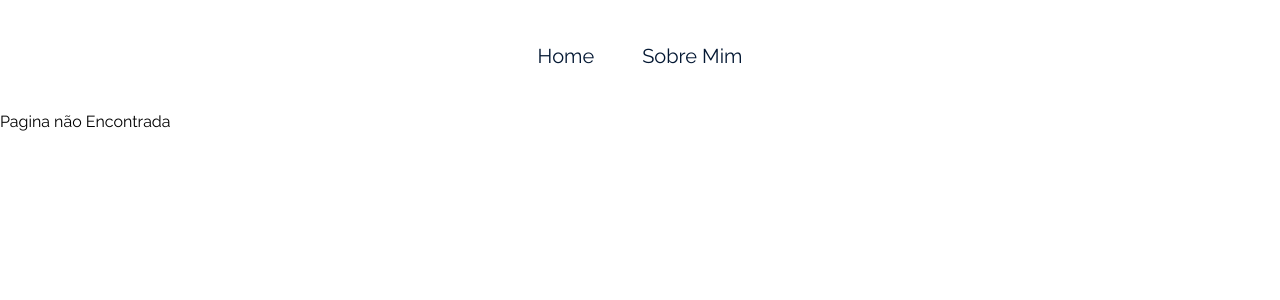
Repository: guilhermecardoso93/ola-mundo-alura
Page: /posts/undefined
These files come from the project's save history. The page is drawn as it stood at one moment and after the next save; the edit follows.
The browser window is 1280 px wide. The pictures show the whole page.
The project was rebuilt for these pictures with package versions that can differ from the ones it lists, and the page was loaded fresh each time. Also part of the build but not shown: vite.config.js, src/pages/Home/index.jsx, src/pages/AboutMe/index.jsx.

Above is the page before, as saved 2024-06-17 20:01:08.

### index.html
<!doctype html>
<html lang="pt-BR">
  <head>
    <meta charset="UTF-8" />
    <link rel="icon" type="image/svg+xml" href="/vite.svg" />
    <link rel="preconnect" href="https://fonts.googleapis.com">
    <link rel="preconnect" href="https://fonts.gstatic.com" crossorigin>
    <link href="https://fonts.googleapis.com/css2?family=Playfair+Display:wght@400;600;700&family=Raleway&display=swap" rel="stylesheet">
    <meta name="viewport" content="width=device-width, initial-scale=1.0" />
    <title>Alura | Olá Mundo</title>
  </head>
  <body>
    <div id="root"></div>
    <script type="module" src="/src/main.jsx"></script>
  </body>
</html>

### src/main.jsx
import React from "react";
import ReactDOM from "react-dom/client";
import { App } from "./App";

import "./index.css";

ReactDOM.createRoot(document.getElementById("root")).render(
  <React.StrictMode>
    <App />
  </React.StrictMode>
);

### src/App.jsx
import { BrowserRouter, Routes, Route } from "react-router-dom";
import { Home } from "./pages/Home";
import { AboutMe } from "./pages/AboutMe";
import { Menu } from "./components/Menu";

export function App() {
  return (
    <BrowserRouter>
      <Menu />
      <Routes>
        <Route path="/" element={<Home />} />
        <Route path="/aboutme" element={<AboutMe />} />
        <Route path="*" element="Pagina não Encontrada" />
      </Routes>
    </BrowserRouter>
  );
}

### src/components/Menu/index.jsx
import { MenuLink } from "../MenuLink";
import "./styles.css";

export function Menu() {
  return (
    <header>
      <nav className="navegacao">
        <MenuLink to="/home" title="Home">
          Home
        </MenuLink>
        <MenuLink to="/aboutme" title="Sobre Mim" />
      </nav>
    </header>
  );
}

### src/components/MenuLink/index.jsx
import { Link, useLocation } from "react-router-dom";
import "./styles.css";

export function MenuLink({ children, to, title }) {
  const location = useLocation();

  return (
    <Link
      to={to}
      className={`link ${location.pathname === to ? 'linkDestacado' : ''}`}
    >
      {title} {/* Render the 'title' prop as the content of the link */}
    </Link>
  );
}

### src/components/Menu/styles.css
.navegacao {
  height: 112px;
  display: flex;
  justify-content: center;
  align-items: center;
  column-gap: 3rem;
}

@media (max-width: 744px) {
  .navegacao {
    height: 72px;
  }
}

### src/components/MenuLink/styles.css
.link {
  font-size: 1.25rem;
  line-height: 1.5rem;
  color: var(--cor-fonte-principal);
}

.linkDestacado {
  text-decoration: none;
}

Loaded but not shown: src/index.css (common file)

After the next save:
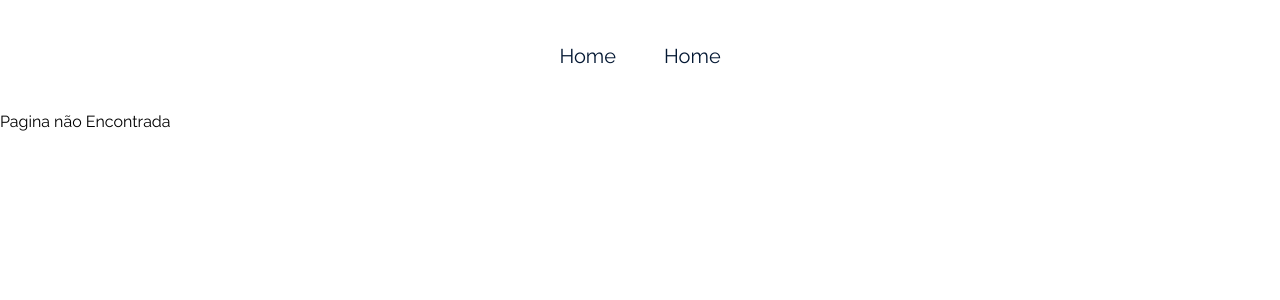
Saved 4 s later.
--- a/src/components/Menu/index.jsx
+++ b/src/components/Menu/index.jsx
@@ -8,7 +8,9 @@
         <MenuLink to="/home" title="Home">
           Home
         </MenuLink>
-        <MenuLink to="/aboutme" title="Sobre Mim" />
+        <MenuLink to="/home" title="Home">
+  Home
+</MenuLink>
       </nav>
     </header>
   );

After the 2 saves that followed:
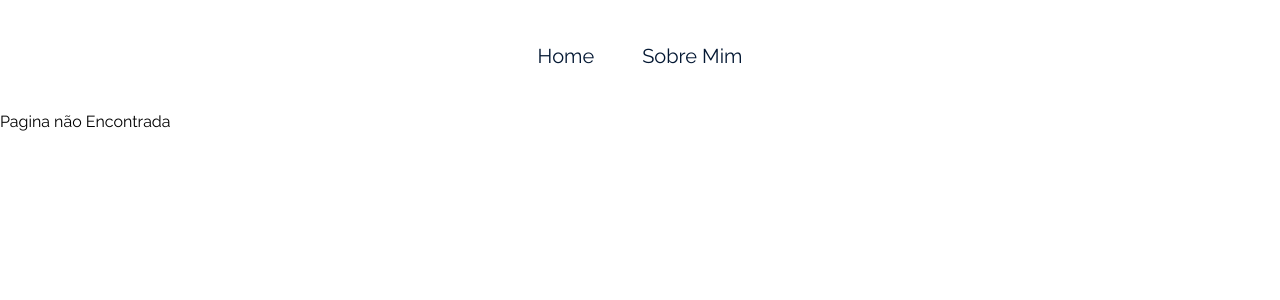
The 2 saves are shown as one change because 1 left the picture as it was.
The last was saved 27 s later.
--- a/src/components/Menu/index.jsx
+++ b/src/components/Menu/index.jsx
@@ -5,12 +5,12 @@
   return (
     <header>
       <nav className="navegacao">
-        <MenuLink to="/home" title="Home">
+        <MenuLink to="/" title="Home">
           Home
         </MenuLink>
-        <MenuLink to="/home" title="Home">
-  Home
-</MenuLink>
+        <MenuLink to="/about" title="Sobre Mim">
+          Sobre Mim
+        </MenuLink>
       </nav>
     </header>
   );
